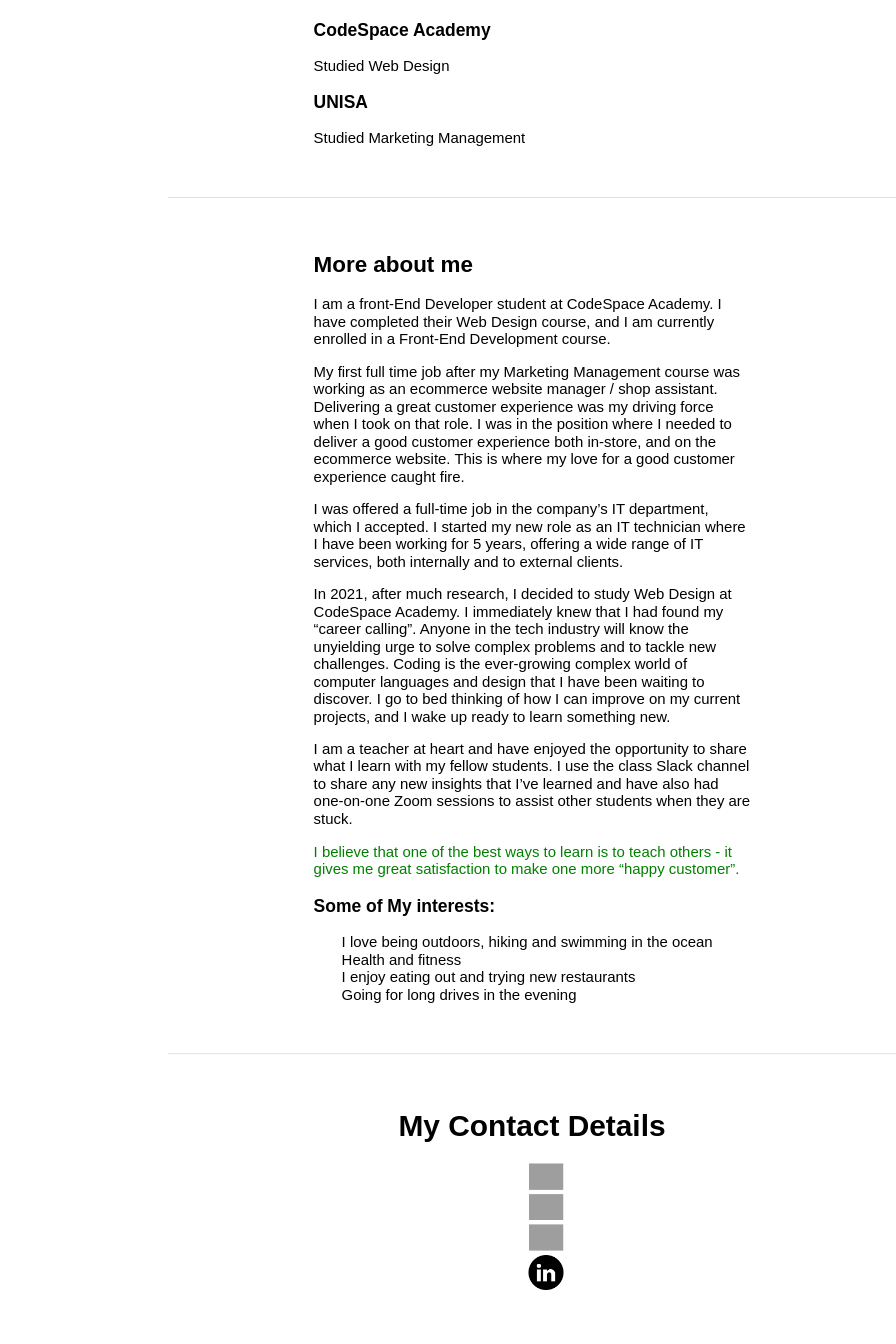
Repository: WesleyErasmus/MyDigitalResume-5
Page: index.html
An editor plug-in stored every save of this project. The page is shown before and after the next save, followed by the edit.
The browser window is 1280 px wide. The pictures show the part of the page from y = 2747 to 4667 px (the page is 4667 px tall before and 4525 px after), at 70% of full size.
Pictures or frames that could not be fetched are drawn as grey boxes.

Above is the page before, as saved 2022-02-25 23:34:20.

After the next save:
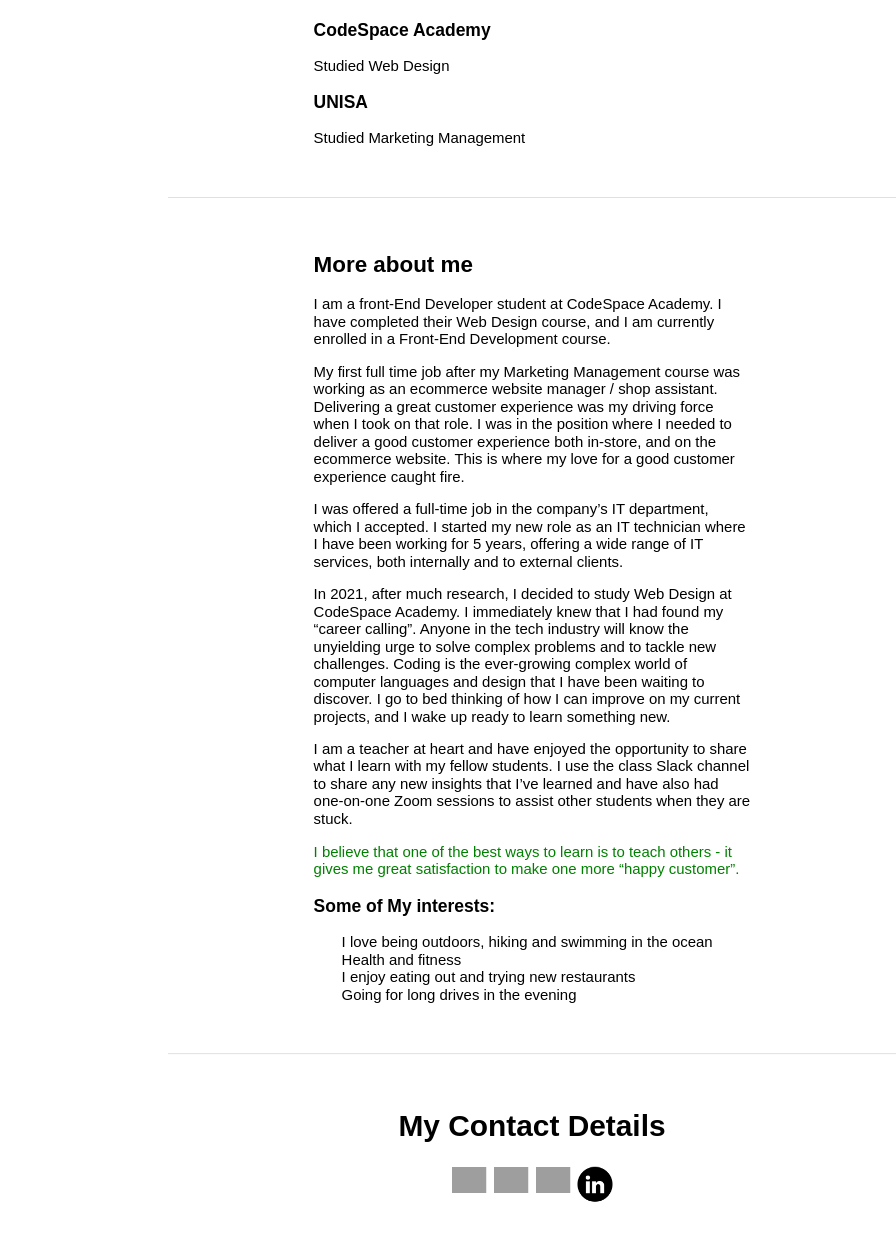
Saved 82 s later.
--- a/stylesheet.css
+++ b/stylesheet.css
@@ -138,3 +138,13 @@ footer {
     padding: 50px 20% 50px 20%;
     font-size: 16pt;
 }
+.contact ul {
+    display: flex;
+    justify-content: center;
+    list-style-type: none;
+    padding: 0px;
+    margin-bottom: 0;
+  }
+  .contact li {
+    padding: 5px;
+  }
